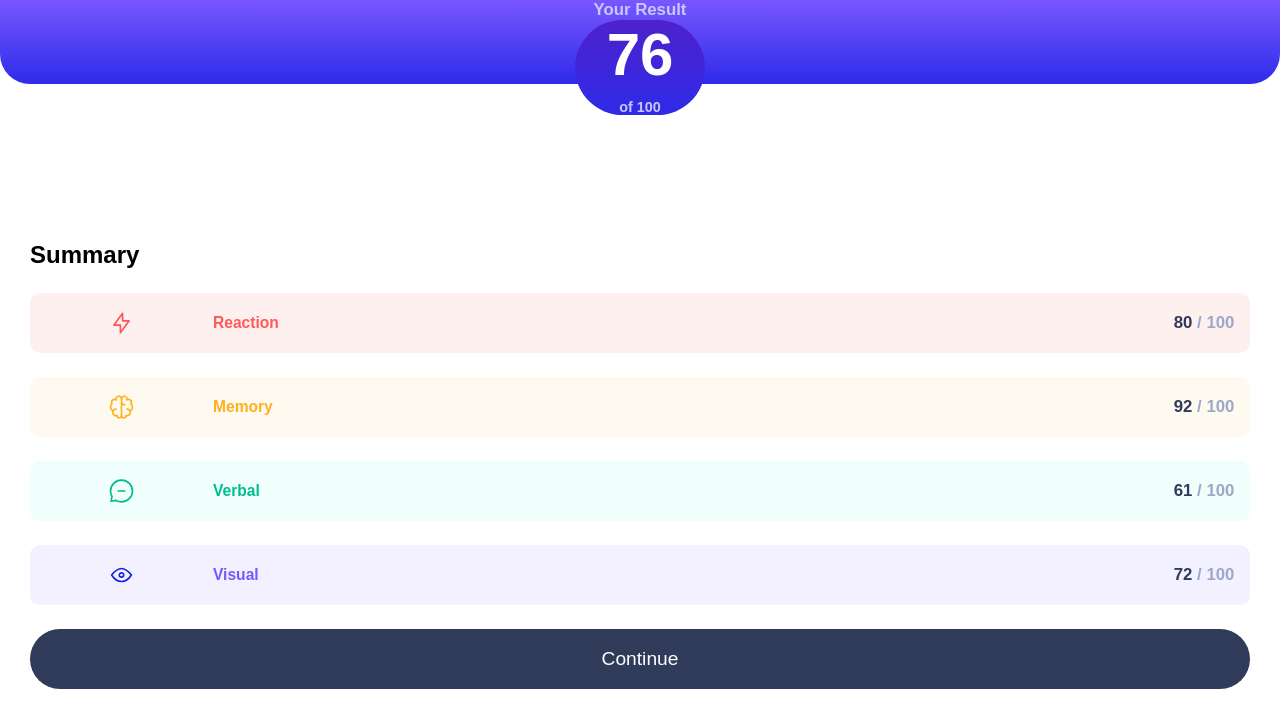
Repository: limaneto/frontend-mentor-results-summary
Page: index.html
An editor plug-in stored every save of this project. The page is shown before and after the next save, followed by the edit.
The browser window is 1280 px wide. The pictures show the whole page.

Above is the page before, as saved 2023-11-06 10:27:33.

After the next save:
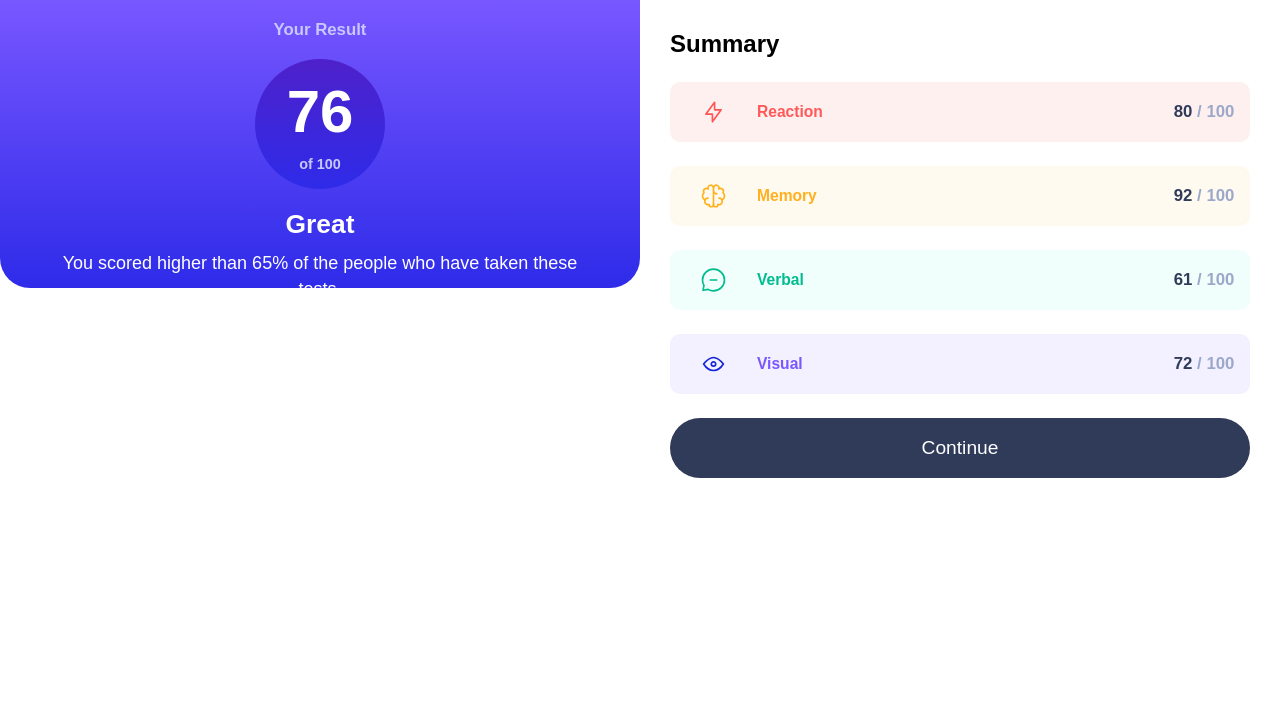
Saved 7 s later.
--- a/style.css
+++ b/style.css
@@ -169,6 +169,7 @@ summary > button {
 
   main {
     display: grid;
+    grid-template-columns: 1fr 1fr;
   }
 
 }
